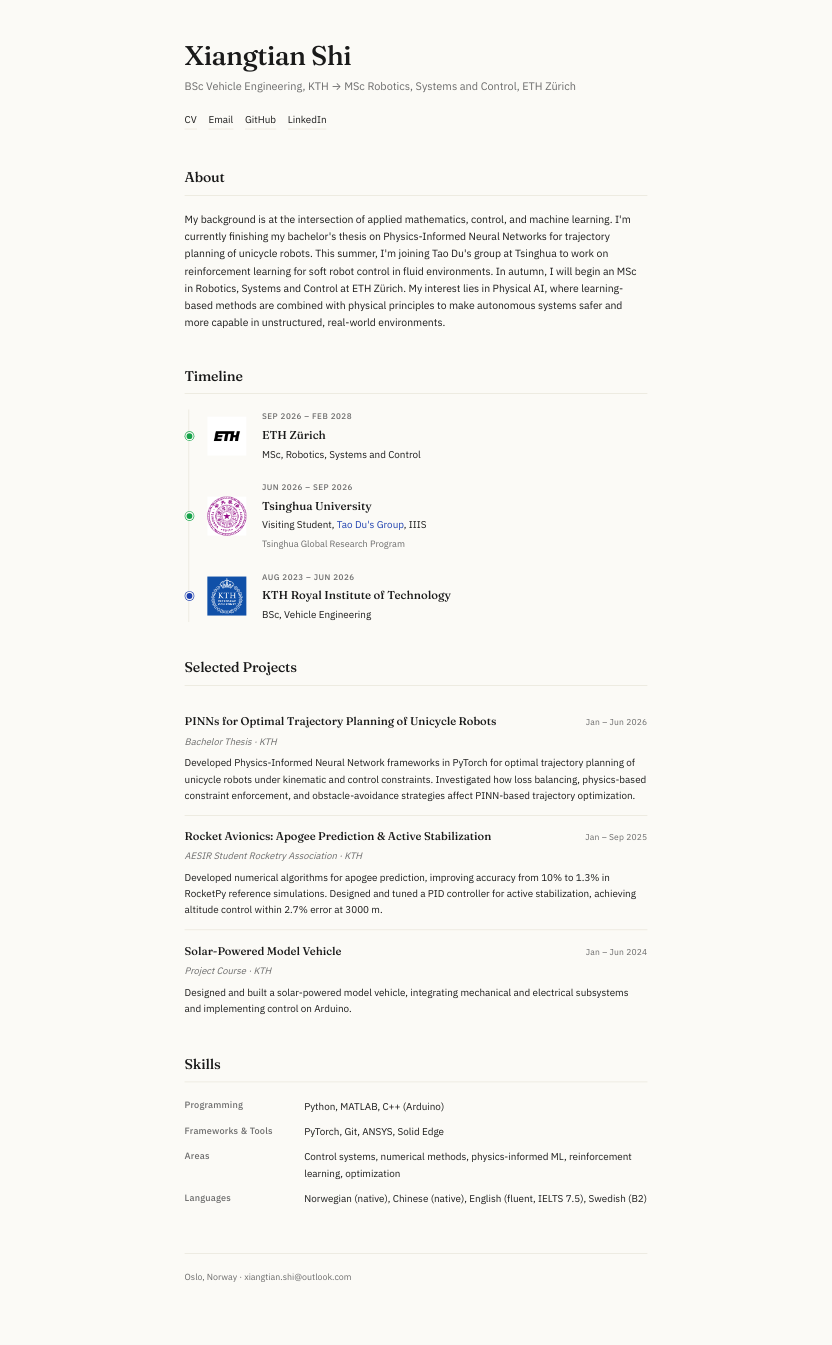
Repository: xitisch/xitisch.github.io
Page: index.html
An editor plug-in stored every save of this project. The page is shown before and after the next save, followed by the edit.
The browser window is 1280 px wide. The pictures show the whole page, at 65% of full size.

Above is the page before, as saved 2026-06-08 03:12:49.

### index.html
<!doctype html>
<html lang="en">
<head>
  <meta charset="UTF-8">
  <meta name="viewport" content="width=device-width, initial-scale=1.0">
  <link rel="stylesheet" href="style.css">
  <title>Xiangtian Shi</title>
</head>
<body>
  <div class="container">

    <header>
      <h1>Xiangtian Shi</h1>
      <p class="tagline">BSc Vehicle Engineering, KTH &rarr; MSc Robotics, Systems and Control, ETH Zürich</p>
      <nav class="header-links">
        <a href="XiangtianShi_CV.pdf" target="_blank">CV</a>
        <a href="mailto:xiangtian.shi@outlook.com">Email</a>
        <a href="https://github.com/xitisch">GitHub</a>
        <a href="https://www.linkedin.com/in/xiangtian-shi-5ab47428b/">LinkedIn</a>
      </nav>
    </header>

    <section>
      <h2>About</h2>
      <p>
      My background is at the intersection of applied mathematics, control, and machine learning. I'm currently finishing my bachelor's thesis on Physics-Informed Neural Networks for trajectory planning of unicycle robots. This summer, I'm joining Tao Du's group at Tsinghua to work on reinforcement learning for soft robot control in fluid environments. In autumn, I will begin an MSc in Robotics, Systems and Control at ETH Zürich. My interest lies in Physical AI, where learning-based methods are combined with physical principles to make autonomous systems safer and more capable in unstructured, real-world environments.
      </p>
    </section>

    <section>
      <h2>Timeline</h2>
      <div class="timeline">

        <div class="timeline-item current">
          <img class="timeline-logo" src="images/eth.png" alt="ETH logo">
          <div class="timeline-item-text">
            <div class="timeline-date">Sep 2026 &ndash; Feb 2028</div>
            <div class="timeline-title">ETH Zürich</div>
            <div class="timeline-meta">MSc, Robotics, Systems and Control</div>
          </div>
        </div>

        <div class="timeline-item current">
          <img class="timeline-logo" src="images/thu.png" alt="THU logo">
          <div class="timeline-item-text">
            <div class="timeline-date">Jun 2026 &ndash; Sep 2026</div>
            <div class="timeline-title">Tsinghua University</div>
            <div class="timeline-meta">Visiting Student, <a href="https://people.iiis.tsinghua.edu.cn/~taodu/">Tao Du's Group</a>, IIIS</div>
            <div class="timeline-note">Tsinghua Global Research Program</div>
          </div>
        </div>

        <div class="timeline-item">
          <img class="timeline-logo" src="images/kth.jpg" alt="KTH logo">
          <div class="timeline-item-text">
            <div class="timeline-date">Aug 2023 &ndash; Jun 2026</div>
            <div class="timeline-title">KTH Royal Institute of Technology</div>
            <div class="timeline-meta">BSc, Vehicle Engineering</div>
          </div>
        </div>

      </div>
    </section>

    <section>
      <h2>Selected Projects</h2>

      <!--
      <article class="project">
        <div class="project-header">
          <h3 class="project-title">Reinforcement Learning for Soft Robot Control <span class="tag">Upcoming</span></h3>
          <div class="project-date">Jun &ndash; Aug 2026</div>
        </div>
        <div class="project-affiliation">Tao Du's Group, IIIS &middot; Tsinghua University</div>
        <p class="project-description">
          Extending a simulation framework to develop RL-based control of soft robotic systems in fluid environments, using lattice Boltzmann simulations.
        </p>
      </article>
      -->

      <article class="project">
        <div class="project-header">
          <h3 class="project-title">PINNs for Optimal Trajectory Planning of Unicycle Robots</h3>
          <div class="project-date">Jan &ndash; Jun 2026</div>
        </div>
        <div class="project-affiliation">Bachelor Thesis &middot; KTH</div>
        <p class="project-description">
          Developed Physics-Informed Neural Network frameworks in PyTorch for optimal trajectory planning of unicycle robots under kinematic and control constraints. Investigated how loss balancing, physics-based constraint enforcement, and obstacle-avoidance strategies affect PINN-based trajectory optimization.
        </p>
      </article>

      <article class="project">
        <div class="project-header">
          <h3 class="project-title">Rocket Avionics: Apogee Prediction &amp; Active Stabilization</h3>
          <div class="project-date">Jan &ndash; Sep 2025</div>
        </div>
        <div class="project-affiliation">AESIR Student Rocketry Association &middot; KTH</div>
        <p class="project-description">
          Developed numerical algorithms for apogee prediction, improving accuracy from 10% to 1.3% in RocketPy reference simulations. Designed and tuned a PID controller for active stabilization, achieving altitude control within 2.7% error at 3000&nbsp;m.
        </p>
      </article>

      <article class="project">
        <div class="project-header">
          <h3 class="project-title">Solar-Powered Model Vehicle</h3>
          <div class="project-date">Jan &ndash; Jun 2024</div>
        </div>
        <div class="project-affiliation">Project Course &middot; KTH</div>
        <p class="project-description">
          Designed and built a solar-powered model vehicle, integrating mechanical and electrical subsystems and implementing control on Arduino.
        </p>
      </article>

    </section>

    <section>
      <h2>Skills</h2>
      <dl class="skills-grid">
        <dt>Programming</dt>
        <dd>Python, MATLAB, C++ (Arduino)</dd>

        <dt>Frameworks &amp; Tools</dt>
        <dd>PyTorch, Git, ANSYS, Solid Edge</dd>

        <dt>Areas</dt>
        <dd>Control systems, numerical methods, physics-informed ML, reinforcement learning, optimization</dd>

        <dt>Languages</dt>
        <dd>Norwegian (native), Chinese (native), English (fluent, IELTS 7.5), Swedish (B2)</dd>
      </dl>
    </section>

    <!--
    <section>
      <h2>Beyond Engineering</h2>
      <p>
        Outside of work I play violin (10+ years, former regional competition winner) and table tennis (regional club), and spend as much time as possible hiking, skiing, and running &mdash; most recently the Stockholm Half Marathon 2025. From 2019 to 2022 I competed in Esports; my team won the PUBG Mobile Pro League Western Europe 2021 Spring Season among 16 professional teams.
      </p>
    </section>
    -->

    <footer>
      <p>Oslo, Norway &middot; <a href="mailto:xiangtian.shi@outlook.com">xiangtian.shi@outlook.com</a></p>
    </footer>

  </div>
</body>
</html>

### style.css
@import url('https://fonts.googleapis.com/css2?family=Fraunces:opsz,wght@9..144,400;9..144,500;9..144,600&family=IBM+Plex+Sans:wght@400;500;600&display=swap');

:root {
  --bg: #fbfaf6;
  --text: #1a1a1a;
  --text-muted: #6b6b6b;
  --border: #e7e3d7;
  --accent: #1e40af;
  --accent-soft: rgba(30, 64, 175, 0.08);
  --serif: 'Fraunces', Georgia, serif;
  --sans: 'IBM Plex Sans', -apple-system, BlinkMacSystemFont, sans-serif;
}

* { box-sizing: border-box; }

html { -webkit-text-size-adjust: 100%; }

body {
  font-family: var(--sans);
  background: var(--bg);
  color: var(--text);
  line-height: 1.65;
  margin: 0;
  font-size: 16px;
  -webkit-font-smoothing: antialiased;
  -moz-osx-font-smoothing: grayscale;
}

.container {
  max-width: 760px;
  margin: 0 auto;
  padding: 64px 24px 80px;
}

/* ---------- Typography ---------- */

h1 {
  font-family: var(--serif);
  font-weight: 500;
  font-size: 2.6rem;
  line-height: 1.05;
  margin: 0 0 0.3em;
  letter-spacing: -0.02em;
}

h2 {
  font-family: var(--serif);
  font-weight: 500;
  font-size: 1.35rem;
  margin: 0 0 1.1em;
  letter-spacing: -0.01em;
  padding-bottom: 0.4em;
  border-bottom: 1px solid var(--border);
}

h3 {
  margin: 0;
  font-weight: 500;
  font-size: 1rem;
}

p { margin: 0 0 1em; }

a {
  color: var(--accent);
  text-decoration: none;
  border-bottom: 1px solid transparent;
  transition: border-color 0.15s ease;
}

a:hover { border-bottom-color: var(--accent); }

/* ---------- Header ---------- */

header { margin-bottom: 56px; }

.tagline {
  color: var(--text-muted);
  font-size: 1.05rem;
  margin: 0 0 1.4em;
  max-width: 60ch;
}

.header-links {
  display: flex;
  flex-wrap: wrap;
  gap: 18px;
  font-size: 0.95rem;
}

.header-links a {
  color: var(--text);
  border-bottom: 1px solid var(--border);
  padding-bottom: 2px;
}

.header-links a:hover {
  border-bottom-color: var(--accent);
  color: var(--accent);
}

/* ---------- Sections ---------- */

section { margin-bottom: 52px; }

/* ---------- Timeline ---------- */

.timeline {
  position: relative;
  margin-left: 6px;
  padding-left: 28px;
  border-left: 1px solid var(--border);
}

.timeline-item {
  position: relative;
  margin-bottom: 28px;
  display: flex;
  align-items: center;
  gap: 24px;
}

.timeline-item-text {
  flex: 1 1 auto;
  min-width: 0;
}

.timeline-logo {
  width: 60px;
  height: 60px;
  object-fit: contain;
  flex-shrink: 0;
}

.timeline-item:last-child { margin-bottom: 0; }

.timeline-item::before {
  content: '';
  position: absolute;
  left: -34px;
  top: 50%;
  transform: translateY(-50%);
  width: 9px;
  height: 9px;
  background: var(--accent);
  border-radius: 50%;
  border: 2px solid var(--bg);
  box-shadow: 0 0 0 1px var(--accent);
}

.timeline-item.current::before {
  background: #16a34a;
  box-shadow: 0 0 0 1px #16a34a;
}

.timeline-item.future::before {
  background: var(--bg);
  box-shadow: 0 0 0 1px var(--accent);
}

.timeline-date {
  font-size: 0.78rem;
  color: var(--text-muted);
  font-weight: 500;
  letter-spacing: 0.06em;
  text-transform: uppercase;
  margin-bottom: 4px;
}

.timeline-title {
  font-family: var(--serif);
  font-size: 1.1rem;
  font-weight: 500;
  margin-bottom: 2px;
}

.timeline-meta {
  color: var(--text);
  font-size: 0.95rem;
}

.timeline-note {
  margin-top: 6px;
  font-size: 0.88rem;
  color: var(--text-muted);
}

/* ---------- Projects / Experience entries ---------- */

.project {
  padding: 18px 0;
  border-bottom: 1px solid var(--border);
}

.project:first-child { padding-top: 4px; }
.project:last-child { border-bottom: none; padding-bottom: 4px; }

.project-header {
  display: flex;
  justify-content: space-between;
  align-items: baseline;
  gap: 16px;
  margin-bottom: 4px;
  flex-wrap: wrap;
}

.project-title {
  font-family: var(--serif);
  font-size: 1.08rem;
  font-weight: 500;
  flex: 1 1 auto;
  min-width: 0;
}

.project-date {
  font-size: 0.82rem;
  color: var(--text-muted);
  white-space: nowrap;
  letter-spacing: 0.02em;
}

.project-affiliation {
  color: var(--text-muted);
  font-size: 0.9rem;
  margin-bottom: 8px;
  font-style: italic;
}

.project-description {
  margin: 0;
  font-size: 0.95rem;
}

.tag {
  display: inline-block;
  font-family: var(--sans);
  font-size: 0.68rem;
  padding: 2px 8px;
  background: var(--accent-soft);
  color: var(--accent);
  border-radius: 3px;
  margin-left: 8px;
  font-weight: 500;
  letter-spacing: 0.08em;
  text-transform: uppercase;
  vertical-align: middle;
  font-style: normal;
}

/* ---------- Skills ---------- */

.skills-grid {
  display: grid;
  grid-template-columns: 160px 1fr;
  gap: 14px 24px;
  margin: 0;
}

.skills-grid dt {
  font-weight: 500;
  color: var(--text-muted);
  font-size: 0.88rem;
  letter-spacing: 0.02em;
}

.skills-grid dd {
  margin: 0;
  font-size: 0.95rem;
}

/* ---------- Footer ---------- */

footer {
  margin-top: 72px;
  padding-top: 24px;
  border-top: 1px solid var(--border);
  font-size: 0.85rem;
  color: var(--text-muted);
}

footer a { color: var(--text-muted); }
footer a:hover { color: var(--accent); }

/* ---------- Responsive ---------- */

@media (max-width: 600px) {
  .container { padding: 40px 20px 60px; }
  h1 { font-size: 2.05rem; }
  h2 { font-size: 1.2rem; }

  .skills-grid {
    grid-template-columns: 1fr;
    gap: 2px 0;
  }
  .skills-grid dt { margin-top: 10px; }
  .skills-grid dt:first-child { margin-top: 0; }

  .project-header {
    flex-direction: column;
    align-items: flex-start;
    gap: 2px;
  }
  .project-date { font-size: 0.78rem; }

  .timeline { padding-left: 22px; }
  .timeline-item::before { left: -28px; }
  .timeline-item { gap: 16px; }
  .timeline-logo { width: 48px; height: 48px; }
}

After the next save:
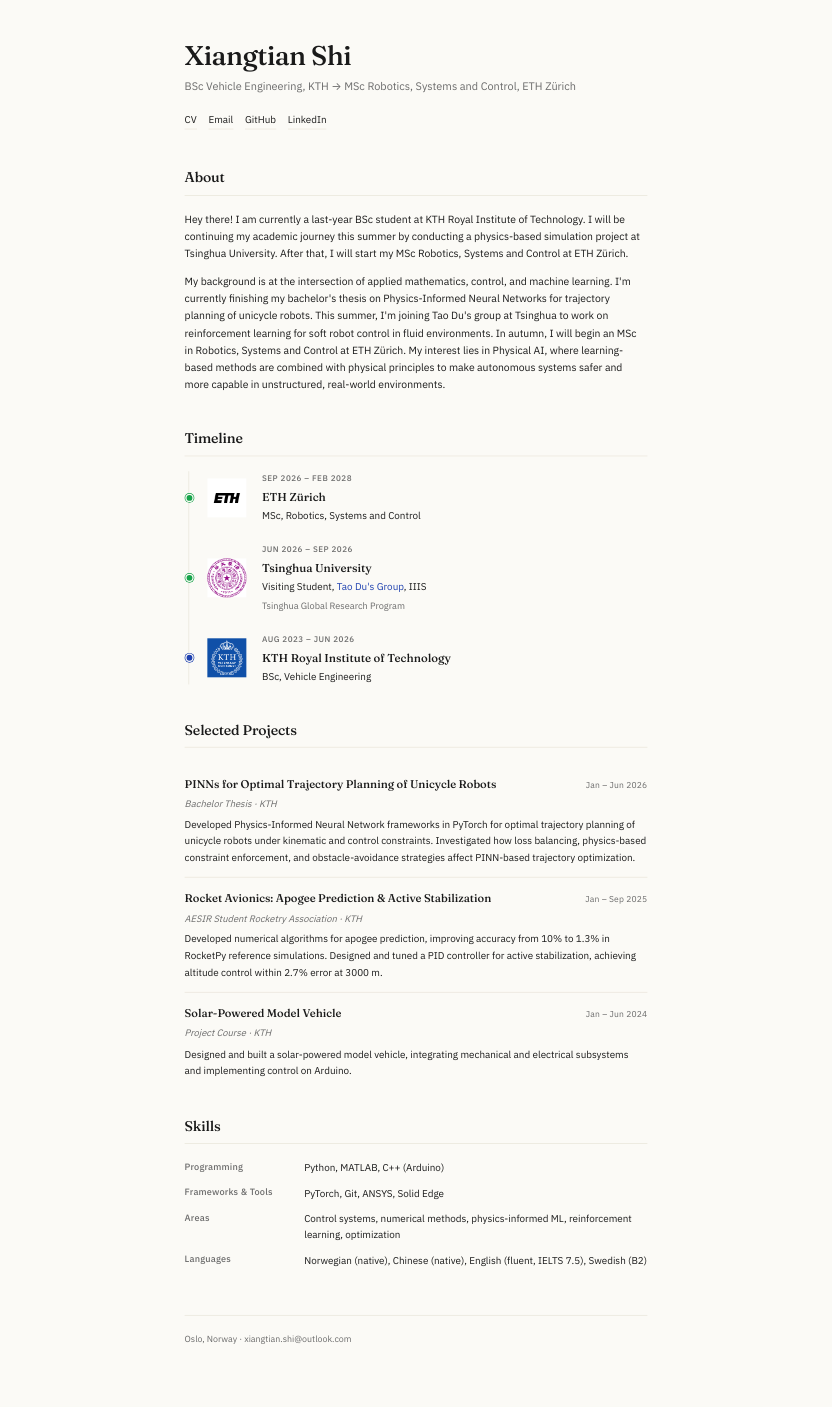
Saved 6 min 41 s later.
--- a/index.html
+++ b/index.html
@@ -22,6 +22,9 @@
 
     <section>
       <h2>About</h2>
+      <p>
+      Hey there! I am currently a last-year BSc student at KTH Royal Institute of Technology. I will be continuing my academic journey this summer by conducting a physics-based simulation project at Tsinghua University. After that, I will start my MSc Robotics, Systems and Control at ETH Zürich.
+      </p>
       <p>
       My background is at the intersection of applied mathematics, control, and machine learning. I'm currently finishing my bachelor's thesis on Physics-Informed Neural Networks for trajectory planning of unicycle robots. This summer, I'm joining Tao Du's group at Tsinghua to work on reinforcement learning for soft robot control in fluid environments. In autumn, I will begin an MSc in Robotics, Systems and Control at ETH Zürich. My interest lies in Physical AI, where learning-based methods are combined with physical principles to make autonomous systems safer and more capable in unstructured, real-world environments.
       </p>
